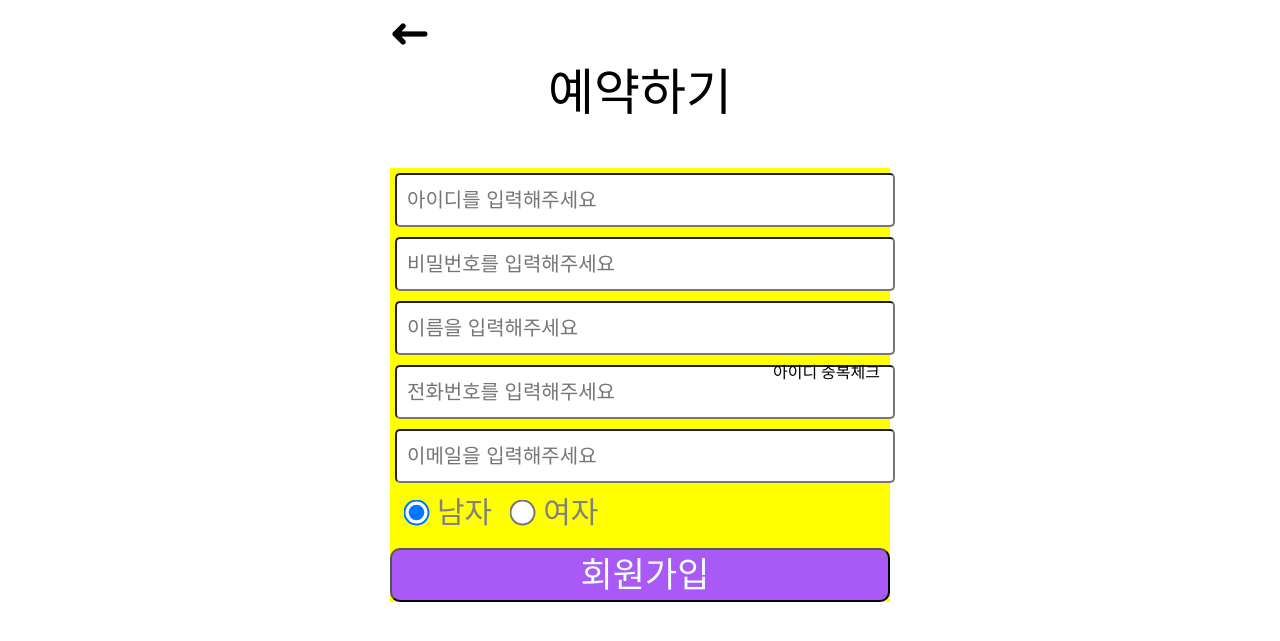
Repository: jaehunjeong4103/WebProject
Page: http://localhost/Web/view/reservation/reservation
These files come from the project's save history. The page is drawn as it stood at one moment and after the next save; the edit follows.
The browser window is 1280 px wide. The pictures show the whole page.
Some web fonts or font styles are not loaded; a fallback is used. The page is served by Tomcat 9. Other server files are loaded and not shown.

Above is the page before, as saved 2023-06-06 00:20:04.

### Web/src/main/webapp/WEB-INF/view/reservation/reservation.jsp
<%@ page language="java" contentType="text/html; charset=EUC-KR"
    pageEncoding="EUC-KR"%>
<!DOCTYPE html>
<html>
<head>
	<link rel="preconnect" href="https://fonts.googleapis.com">
	<link rel="preconnect" href="https://fonts.gstatic.com" crossorigin="crossorigin">
	<link href="https://fonts.googleapis.com/css2?family=Gowun+Dodum&family=Song+Myung&display=swap" rel="stylesheet">
	<link href="../../css/register.css?after" type="text/css" rel="stylesheet" />
	<link href="../../css/reservation.css?after" type="text/css" rel="stylesheet" />
	<meta charset="UTF-8">
<title>Insert title here</title>
</head>
<body>
	<header>
		<div id="arrow_body">
			<button onclick="history.back()"><image src="../../images/direction-arrow.png" alt="화살표" id="arrow"/></button>
		<div id="title">예약하기</div>
	</header>
	<div id="reservation_body">
		<form action="register" method="post">
			<section>
				<input type="text" placeholder="아이디를 입력해주세요" class="input_text id" name="ID" value="${chkId}">
    			<a href="duplicate" id="id_check"> 아이디 중복체크</a>
			  </input>
				<input type="text" placeholder="비밀번호를 입력해주세요" class="input_text password" name="PASSWORD">
			  <input type="text" placeholder="이름을 입력해주세요" class="input_text name" name="NAME">
				<input type="text" placeholder="전화번호를 입력해주세요" class="input_text phone" name="PHONE">
				<input type="text" placeholder="이메일을 입력해주세요" class="input_text email" name="EMAIL">
			  	<input style="scale:2" type="radio" name="GENDER" id="male" value="male" checked="checked">
			    	<label for="male">남자</label>
			    <input style="scale:2" type="radio" name="GENDER" id="female" value="female">
			    	<label for="female">여자</label>
		    	<input type="submit" value="회원가입" id="register_button" class="button">
			</section>
		</form>
	</div>
</body>
</html>

### Web/src/main/java/controller/reservation/Reservation_controller.java
package controller.reservation;

import java.io.IOException;

import javax.servlet.ServletException;
import javax.servlet.annotation.WebServlet;
import javax.servlet.http.HttpServlet;
import javax.servlet.http.HttpServletRequest;
import javax.servlet.http.HttpServletResponse;

@WebServlet("/view/reservation/reservation")
public class Reservation_controller extends HttpServlet{
	@Override
	protected void doGet(HttpServletRequest request, HttpServletResponse response) throws ServletException, IOException {
		request.getRequestDispatcher("/WEB-INF/view/reservation/reservation.jsp").forward(request, response);
	}

	@Override
	protected void doPost(HttpServletRequest request, HttpServletResponse response) throws ServletException, IOException {
		request.getRequestDispatcher("/WEB-INF/view/reservation/reservation.jsp").forward(request, response);
	}
}

### Web/src/main/webapp/css/register.css
@charset "UTF-8";
* {padding: 0; margin: 0;}

button {border-width: 0;}

body {
	width: 500px;
	margin: auto;
	position: relative;
}

a#id_check {
	position: absolute;
	top: 191px;
	right: 10px;
}

img#arrow {
	width: 40px;
	height: 40px;
	position: absolute;
	transform: rotate(180deg);
}

div#title {
	font-size: 50px;
	text-align: center;
	line-height: 150px;
}

#section {
	margin-bottom: 20px;
	display: flex;
	flex-direction: row;
	justify-content: space-between;
}

label {
	width: 50%;
	font-size: 30px;
	line-height: 50px;
	text-align: center;
	color: gray;
	margin-left: 10px;
	margin-right: 20px;
}

input#male{
	margin-left: 20px;
}

input#male, input#female {
	position: relative;
	top: -4.5px;
}

.input_text {
	width: 100%;
	font-size: 20px;
	line-height: 50px;
	border-radius: 5px;
	padding-left: 10px;
	box-sizing: border-box;
	margin: 5px;
}

.button {
	width: 100%;
	margin: auto;
	margin-top: 10px;
	background-color: rgb(169, 89, 245);
	border-radius: 10px;
	text-align: center;
	font-size: 35px;
	color: azure;
	line-height: 50px;
	padding-left: 10px;
	box-sizing: border-box;
}

#register_button:disabled input type:submit{
	background-color: gray;
}

button:hover {cursor: pointer;}

.button:hover {cursor: pointer;}
.button:disabled {background-color: gray; color: white;}

a {
	color: black; text-decoration-line: none;
}

### Web/src/main/webapp/css/reservation.css
@charset "UTF-8";

* {margin: 0; padding: 0;}

div#reservation {
	width: 824px;
  margin: auto;
  border: 1px solid yellow;
  margin-top: 10px;
}

div#date_count {
	width: 784px;
	margin: auto;
	display: flex;
	flex-direction: row;
	justify-content: space-between;
	font-size: 20px;
}

div#date {
	width: 600px;
}

div#count {
	width: 200px;
	display: flex;
	flex-direction: row;
	justify-content: space-between;
	margin-bottom: 10px;
}

#room_box {
	width: 784px;
	margin: auto;
	margin-top: 10px;
	margin-bottom: 10px;
	border: 1px solid rgb(128, 0, 255);
	display: flex;
	flex-direction: column;
}

#room_list_head{
	width: 784px;
	height: 40px;
	margin: auto;
	display: flex;
	flex-direction: row;
	flex-wrap: nowrap;
	justify-content: space-between;
}

#room_list{
	width: 784px;
	margin: auto;
	display: flex;
	flex-direction: row;
	flex-wrap: wrap;
	justify-content: space-between;
}

#room_list_head div {
	font-size: 20px;
	text-align: center;
	line-height: 40px;
	border: 1px solid gray;
}

#room_list div {
	padding: 5px;
	font-size: 15px;
	border: 1px solid gray;
}

.room_name {
	width: 120px;
}
.room_max {
	width: 100px;
}
.room_price {
	width: 120px;
}
.room_facilities {
	width: 360px;
}
.room_reservation {
	width: 84px;
}

a.reserbation {
	color: black;
}

#room_list .room_name {
	text-align: center;
}

#room_list .room_max {
	text-align: center;
}

#room_list .room_reservation {
	text-align: center;
}

#reservation_body {
	width: 500px;
	margin: auto;
	position: relative;
	background-color: yellow;
}

After the next save:
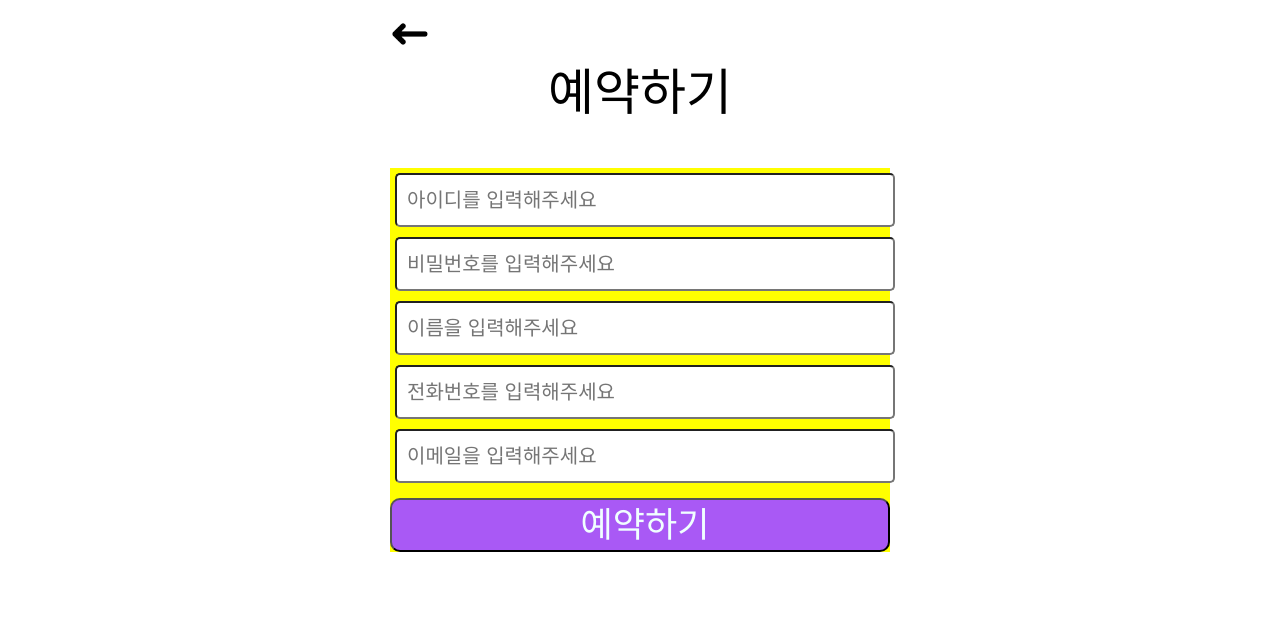
Saved 2 min 26 s later.
--- a/Web/src/main/webapp/WEB-INF/view/reservation/reservation.jsp
+++ b/Web/src/main/webapp/WEB-INF/view/reservation/reservation.jsp
@@ -21,17 +21,11 @@
 		<form action="register" method="post">
 			<section>
 				<input type="text" placeholder="아이디를 입력해주세요" class="input_text id" name="ID" value="${chkId}">
-    			<a href="duplicate" id="id_check"> 아이디 중복체크</a>
-			  </input>
 				<input type="text" placeholder="비밀번호를 입력해주세요" class="input_text password" name="PASSWORD">
 			  <input type="text" placeholder="이름을 입력해주세요" class="input_text name" name="NAME">
 				<input type="text" placeholder="전화번호를 입력해주세요" class="input_text phone" name="PHONE">
 				<input type="text" placeholder="이메일을 입력해주세요" class="input_text email" name="EMAIL">
-			  	<input style="scale:2" type="radio" name="GENDER" id="male" value="male" checked="checked">
-			    	<label for="male">남자</label>
-			    <input style="scale:2" type="radio" name="GENDER" id="female" value="female">
-			    	<label for="female">여자</label>
-		    	<input type="submit" value="회원가입" id="register_button" class="button">
+		    <input type="submit" value="예약하기" id="register_button" class="button">
 			</section>
 		</form>
 	</div>
